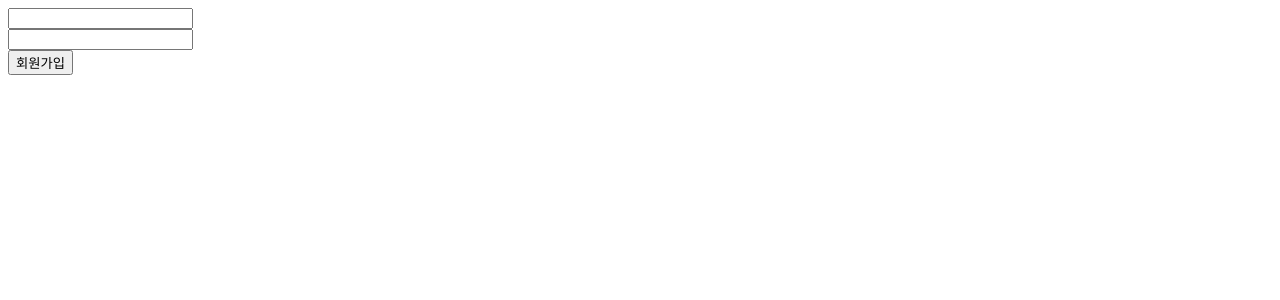
Repository: Leehj9094/JAVA_BOOK-
Page: http://localhost/01JSP/C09/join_form.jsp
These files come from the project's save history. The page is drawn as it stood at one moment and after the next save; the edit follows.
The browser window is 1280 px wide. The pictures show the whole page.
The page is served by Tomcat 9.

Above is the page before, as saved 2025-04-04 06:20:16.

After the next save:
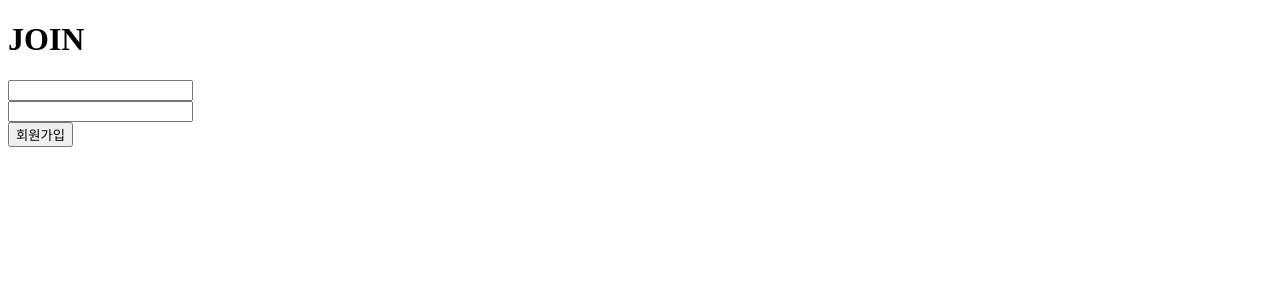
Saved 58 s later.
--- a/JSP/01JSP/src/main/webapp/C09/join_form.jsp
+++ b/JSP/01JSP/src/main/webapp/C09/join_form.jsp
@@ -1,5 +1,5 @@
 <%@ page language="java" contentType="text/html; charset=UTF-8"
-    pageEncoding="UTF-8"%>
+	pageEncoding="UTF-8"%>
 <!DOCTYPE html>
 <html>
 <head>
@@ -7,10 +7,10 @@
 <title>Insert title here</title>
 </head>
 <body>
-
+	<h1>JOIN</h1>
 	<form action="">
-		<input type = "text" name = "userid"><br/>
-		<input type = "text" name = "password"><br/>
+		<input type="text" name="userid"><br /> <input type="text"
+			name="password"><br />
 		<button>회원가입</button>
 	</form>
 
